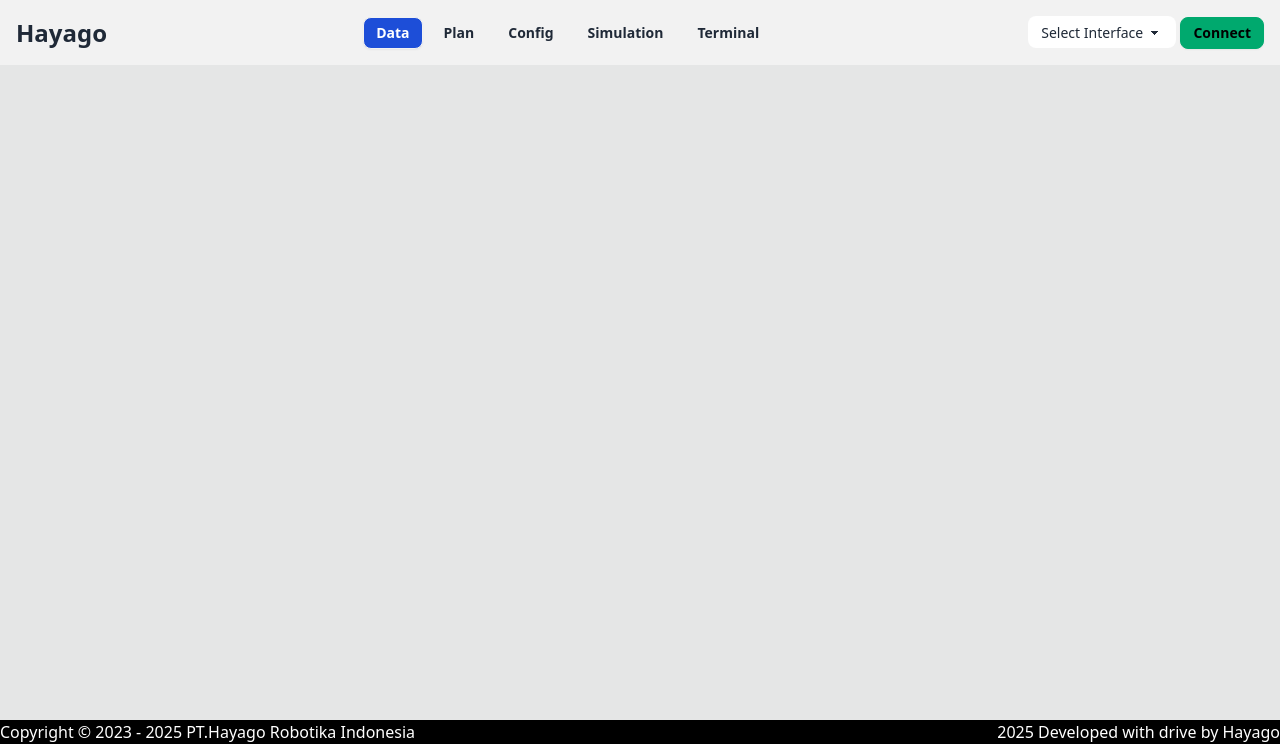
Repository: khulqu15/rov.commander
Page: http://localhost/planner/
An editor plug-in stored every save of this project. The page is shown before and after the next save, followed by the edit.
The browser window is 1280 px wide. The pictures show the whole page.
Some web libraries are served in a nearby version. The page is served by the project's application, run on Django 5.2 (manage.py). Other server files are loaded and not shown.

Above is the page before, as saved 2025-02-06 21:11:58.

### templates/index.html
<!DOCTYPE html>
<html lang="en">
<head>
    <meta charset="UTF-8">
    <meta name="viewport" content="width=device-width, initial-scale=1.0">
    <link href="https://cdn.jsdelivr.net/npm/daisyui@4.12.23/dist/full.min.css" rel="stylesheet" type="text/css" />
    <script src="https://cdn.tailwindcss.com"></script>
    <title>Mission Planner App</title>
</head>
<body>
    <div class="fixed left-0 w-full p-4 bg-base-200 top-0 flex justify-between items-center">
        <div>
            <h1 class="text-2xl font-bold">Hayago</h1>
        </div>
        <div class="lg:flex items-center justify-center gap-2">
            <button type="submit" class="btn bg-blue-700 text-white btn-sm">Data</button>
            <button type="submit" class="btn btn-ghost btn-sm">Plan</button>
            <button type="submit" class="btn btn-ghost btn-sm">Config</button>
            <button type="submit" class="btn btn-ghost btn-sm">Simulation</button>
            <button type="submit" class="btn btn-ghost btn-sm">Terminal</button>
        </div>
        <form method="GET">
            <select name="interface" class="select select-border select-sm" id="interface">
                <option value="">Select Interface</option>
                {% for interface in interfaces %}
                    <option value="{{ interface }}" {% if interface == selected_interface %}selected{% endif %}>{{ interface }}</option>
                {% endfor %}
            </select>
            <button type="submit" class="btn btn-success btn-sm">Connect</button>
        </form>
    </div>
    <div class="min-h-screen w-full bg-base-300"></div>
    <div class="flex w-full justify-between items-center bg-black text-white">
        <div>Copyright © 2023 - 2025 PT.Hayago Robotika Indonesia</div>
        <div>2025 Developed with drive by Hayago</div>
    </div>
</body>
</html>

### network/views.py
import socket
import serial.tools.list_ports
from rest_framework.response import Response
from rest_framework.decorators import api_view
from django.shortcuts import render
from django.http import JsonResponse

serial_connection = False

def get_network_interfaces():
    """Mendapatkan daftar interface jaringan yang tersedia"""
    interfaces = set()
    host_name = socket.gethostname()
    for ip in socket.getaddrinfo(host_name, None):
        interfaces.add(ip[4][0])
    return list(interfaces)

@api_view(["GET"])
def get_network_info(request):
    interfaces = get_network_interfaces()
    selected_interface = request.GET.get("interface", None)

    ip_list = []
    com_ports = []

    if selected_interface:
        ip_list = [ip for ip in interfaces if ip == selected_interface]

        ports = list(serial.tools.list_ports.comports())
        com_ports = [{"device": port.device, "description": port.description} for port in ports]

    return render(request, "index.html", {
        "interfaces": interfaces,
        "selected_interface": selected_interface,
        "tcpIp": ip_list,
        "comPorts": com_ports
    })

@api_view(["POST"])
def connect_device(request):
    global serial_connection
    port_name = request.POST.get("port")
    baud_rate = request.POST.get("baud", 9600)
    if not port_name:
        return JsonResponse({"error": "No COM Selected"})
    try:
        serial_connection = serial.Serial(port_name, baudrate=int(baud_rate), timeout=1)
        return("/planner")
    except Exception as e:
        return JsonResponse({"error": str(e)}, status=500)

### missionCore/urls.py
"""
URL configuration for missionCore project.

The `urlpatterns` list routes URLs to views. For more information please see:
    https://docs.djangoproject.com/en/5.1/topics/http/urls/
Examples:
Function views
    1. Add an import:  from my_app import views
    2. Add a URL to urlpatterns:  path('', views.home, name='home')
Class-based views
    1. Add an import:  from other_app.views import Home
    2. Add a URL to urlpatterns:  path('', Home.as_view(), name='home')
Including another URLconf
    1. Import the include() function: from django.urls import include, path
    2. Add a URL to urlpatterns:  path('blog/', include('blog.urls'))
"""
from django.contrib import admin
from django.urls import path, include

urlpatterns = [
    path('admin/', admin.site.urls),
    path('', include('network.urls'))
]

### network/urls.py
from django.urls import path
from .views import get_network_info

urlpatterns = [
    path('planner/', get_network_info, name='planner'),
]

After the next save:
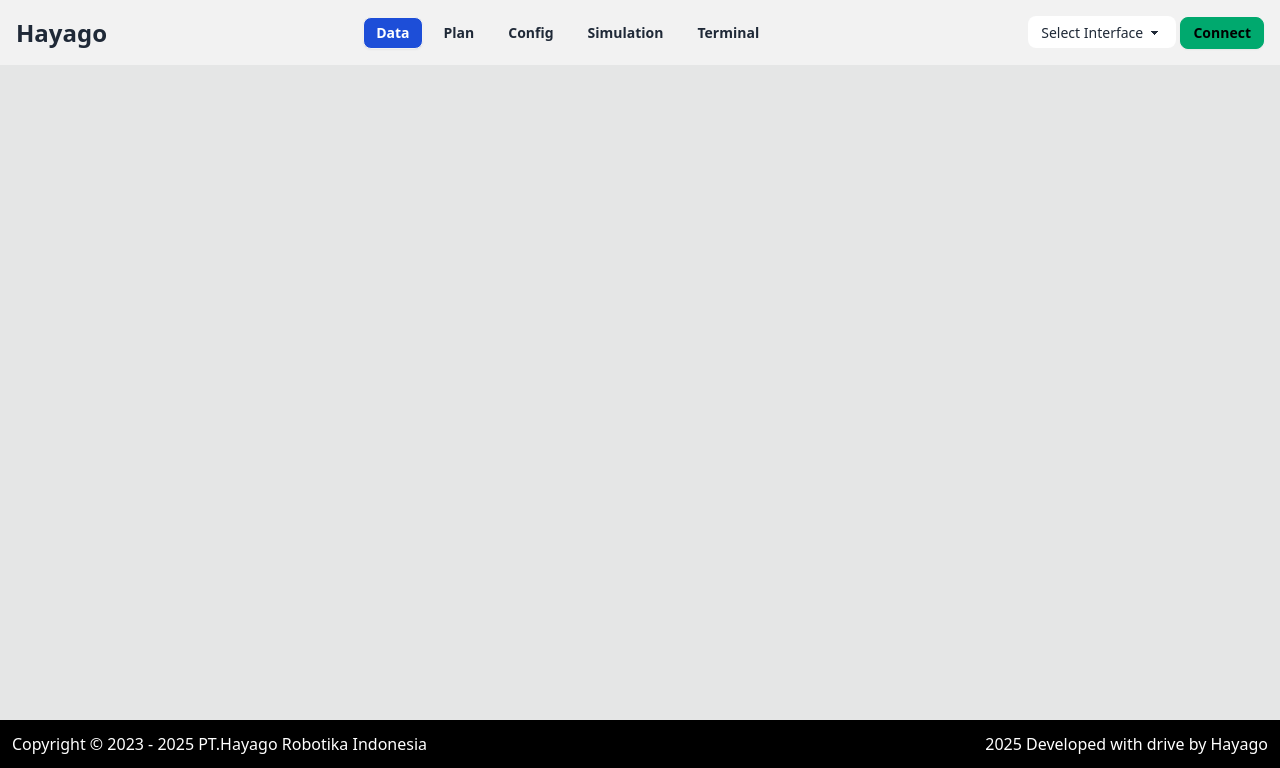
Saved 4 s later.
--- a/templates/index.html
+++ b/templates/index.html
@@ -30,7 +30,7 @@
         </form>
     </div>
     <div class="min-h-screen w-full bg-base-300"></div>
-    <div class="flex w-full justify-between items-center bg-black text-white">
+    <div class="flex w-full justify-between p-3 items-center bg-black text-white">
         <div>Copyright © 2023 - 2025 PT.Hayago Robotika Indonesia</div>
         <div>2025 Developed with drive by Hayago</div>
     </div>
